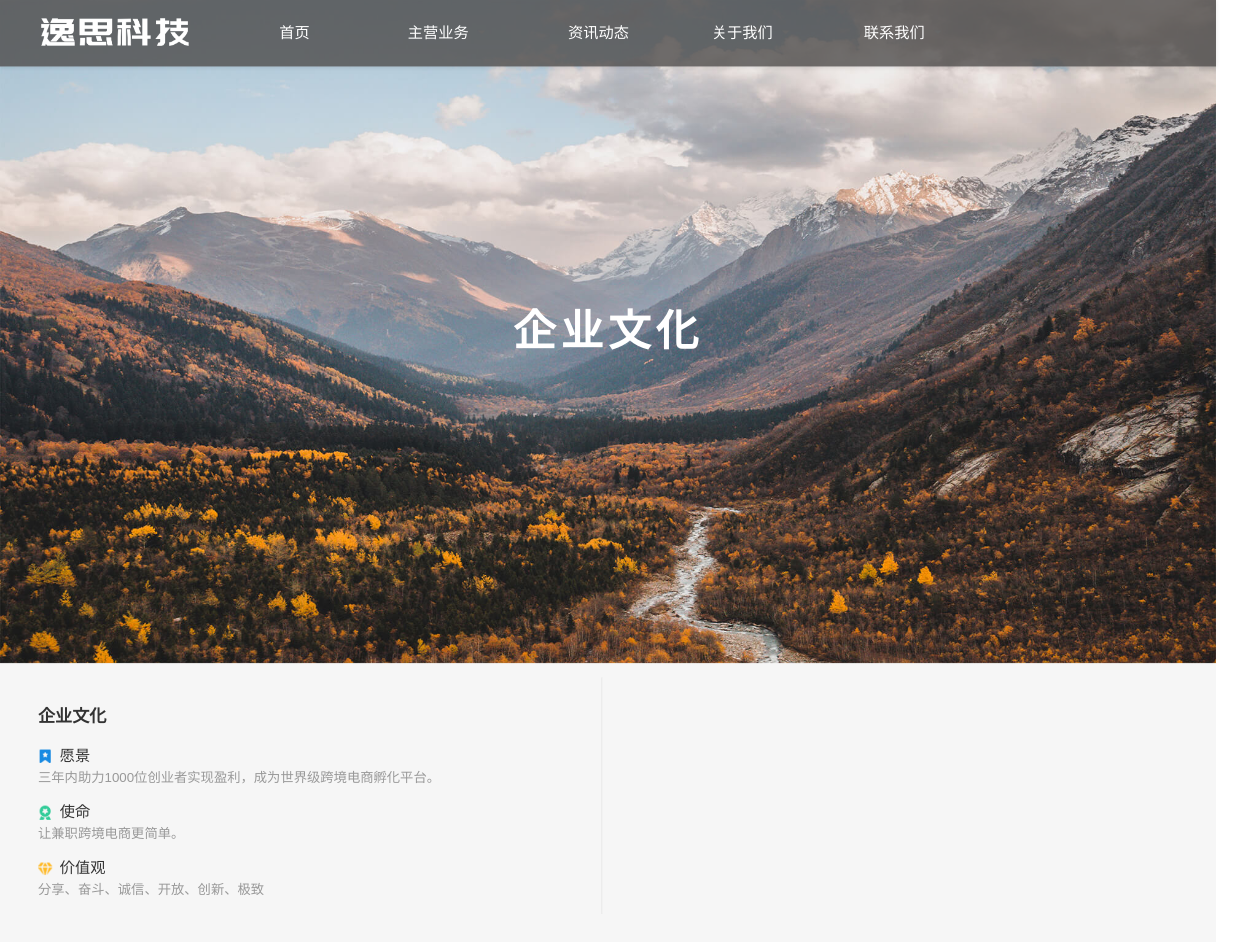
Repository: masterzhang/ztn
Page: brief3.html
The author's editor kept a copy of each file at every save. The page is drawn from the files as they stood at one save, then again after the next save.
The browser window is 1280 px wide. The page is 1300 px wide, so the pictures cover 1300 px, including what lies to the right of the window. The pictures show the part of the page from y = 0 to 992 px (the page is 1866 px tall before and 2017 px after), at 95% of full size.
Pictures or frames that could not be fetched are drawn as grey boxes.

Above is the page before, as saved 2021-11-25 15:41:44.
Console error: TypeError: Cannot read properties of undefined (reading 'top')

After the next save:
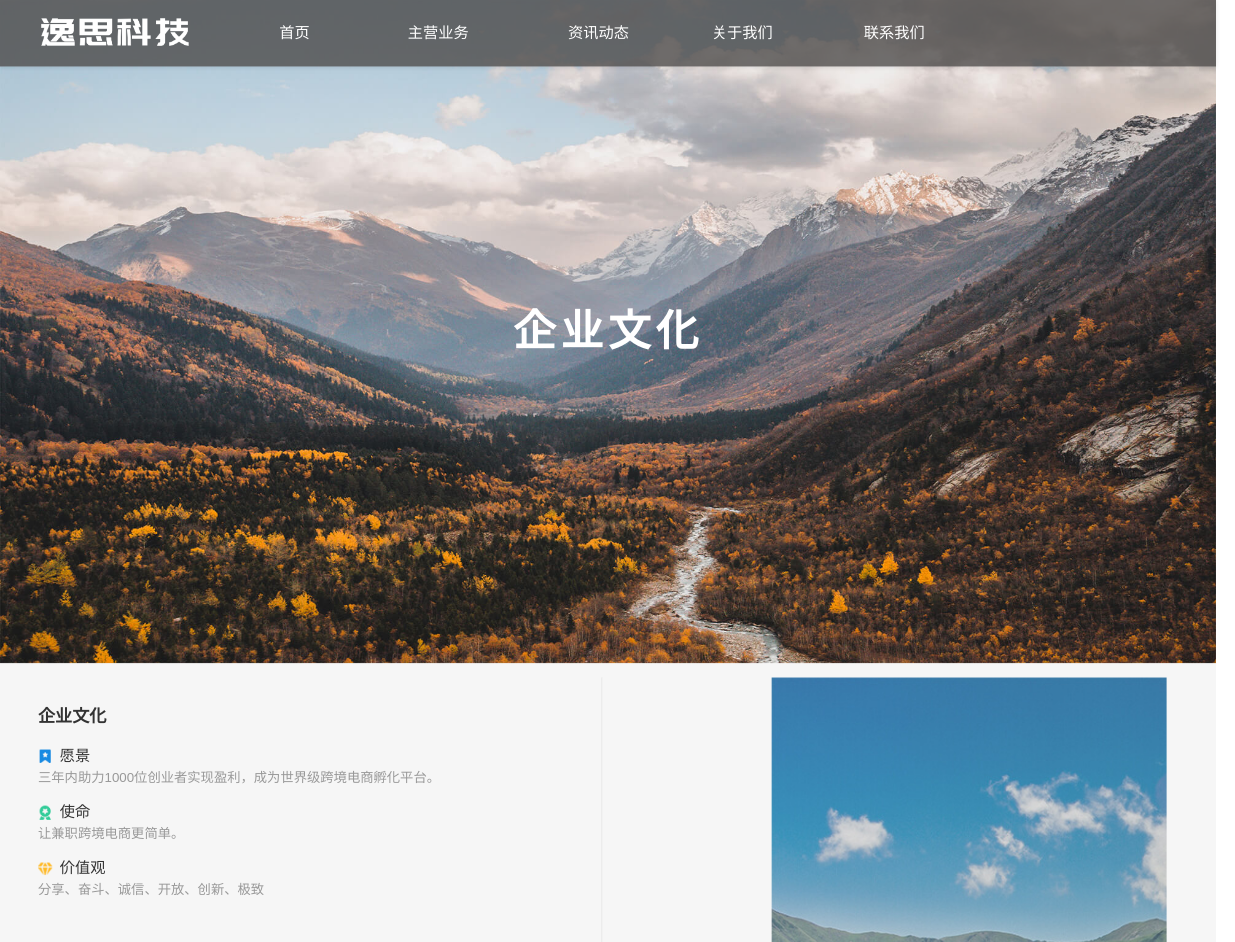
Saved 5 s later.
--- a/brief3.html
+++ b/brief3.html
@@ -82,7 +82,8 @@
         <div class="pagemian_swiper_right">
           <div class="runbobox">
             <div class="swiper-container swiper-container-horizontal" style="width: 100%;height: 100%;">
-              <div class="swiper-wrapper" style="transition-duration: 0ms; transform: translate3d(-832px, 0px, 0px);">
+              <img src="/self/images2/企业文化逸思奋斗者.jpg" />
+
 
             </div>
           </div>
